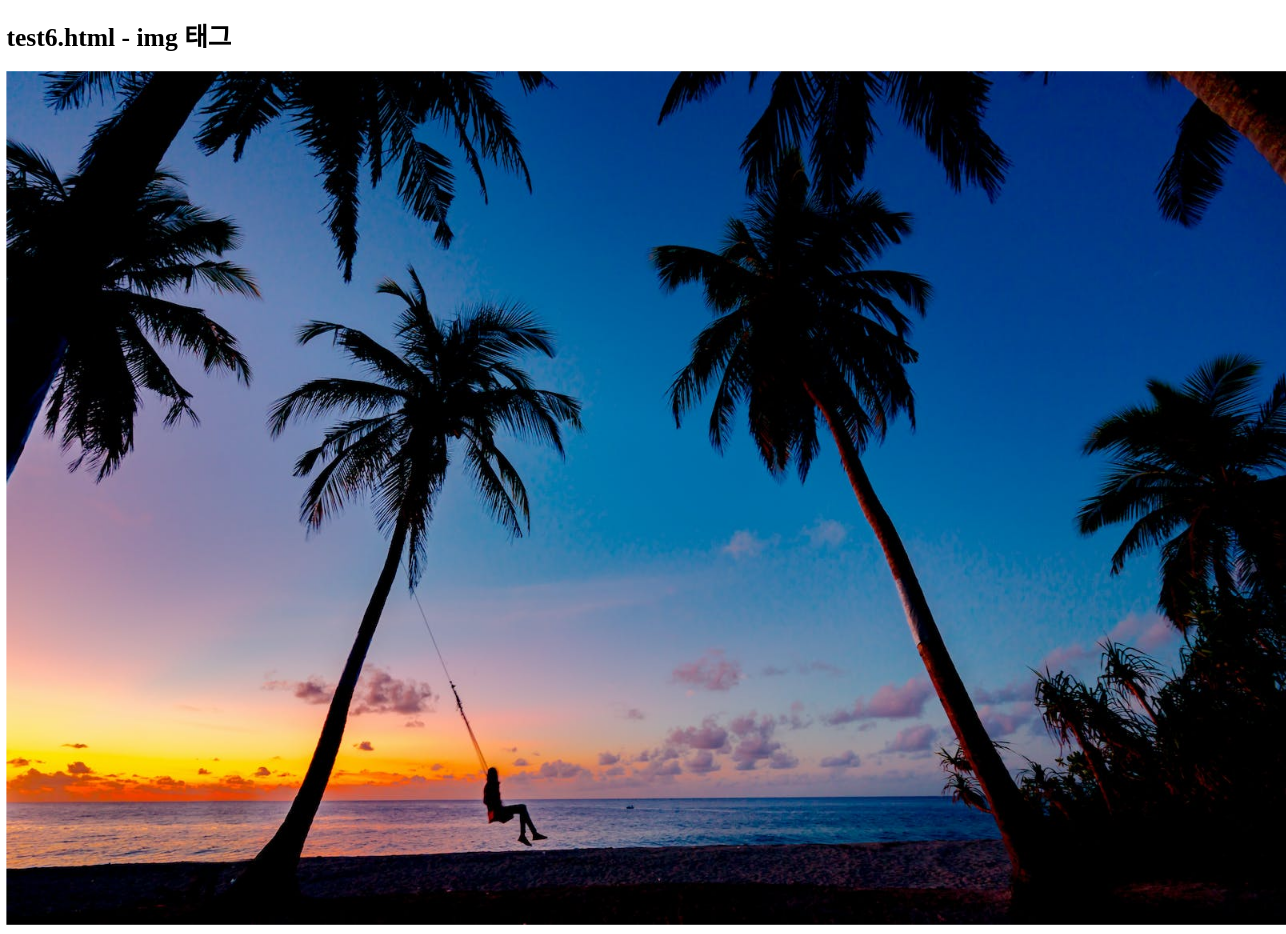
Repository: KimMinseooo/itwillStudy
Page: BACKEND/JSP/workspace_jsp/StudyHTML/src/main/webapp/1024/test6.html
These files come from the project's save history. The page is drawn as it stood at one moment and after the next save; the edit follows.
The browser window is 1280 px wide. The page is 1608 px wide, then 1280 px, so the pictures cover 1608 px, including what lies to the right of the window. The pictures show the whole page, at 80% of full size.

Above is the page before, as saved 2024-10-24 02:35:26.

After the next save:
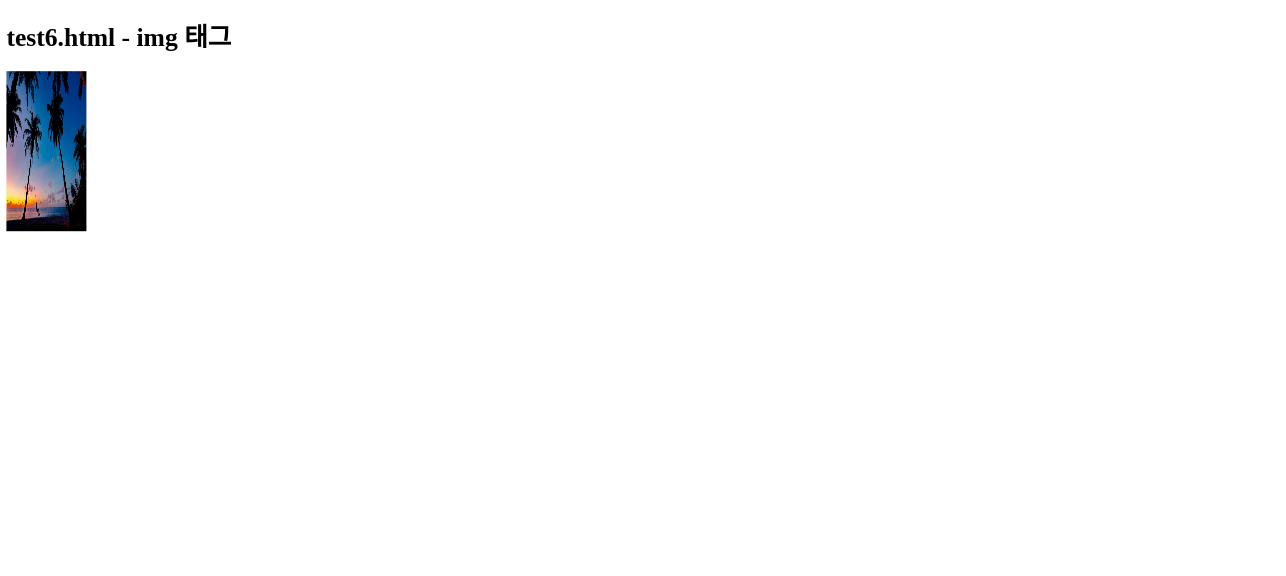
Saved 15 s later.
--- a/BACKEND/JSP/workspace_jsp/StudyHTML/src/main/webapp/1024/test6.html
+++ b/BACKEND/JSP/workspace_jsp/StudyHTML/src/main/webapp/1024/test6.html
@@ -7,7 +7,7 @@
 <body>
 	<h1>test6.html - img 태그 </h1>
 
-	<img alt="" src="1.jpg">
+	<img alt="" src="1.jpg" width="100" height="200">
 
 </body>
 </html>
